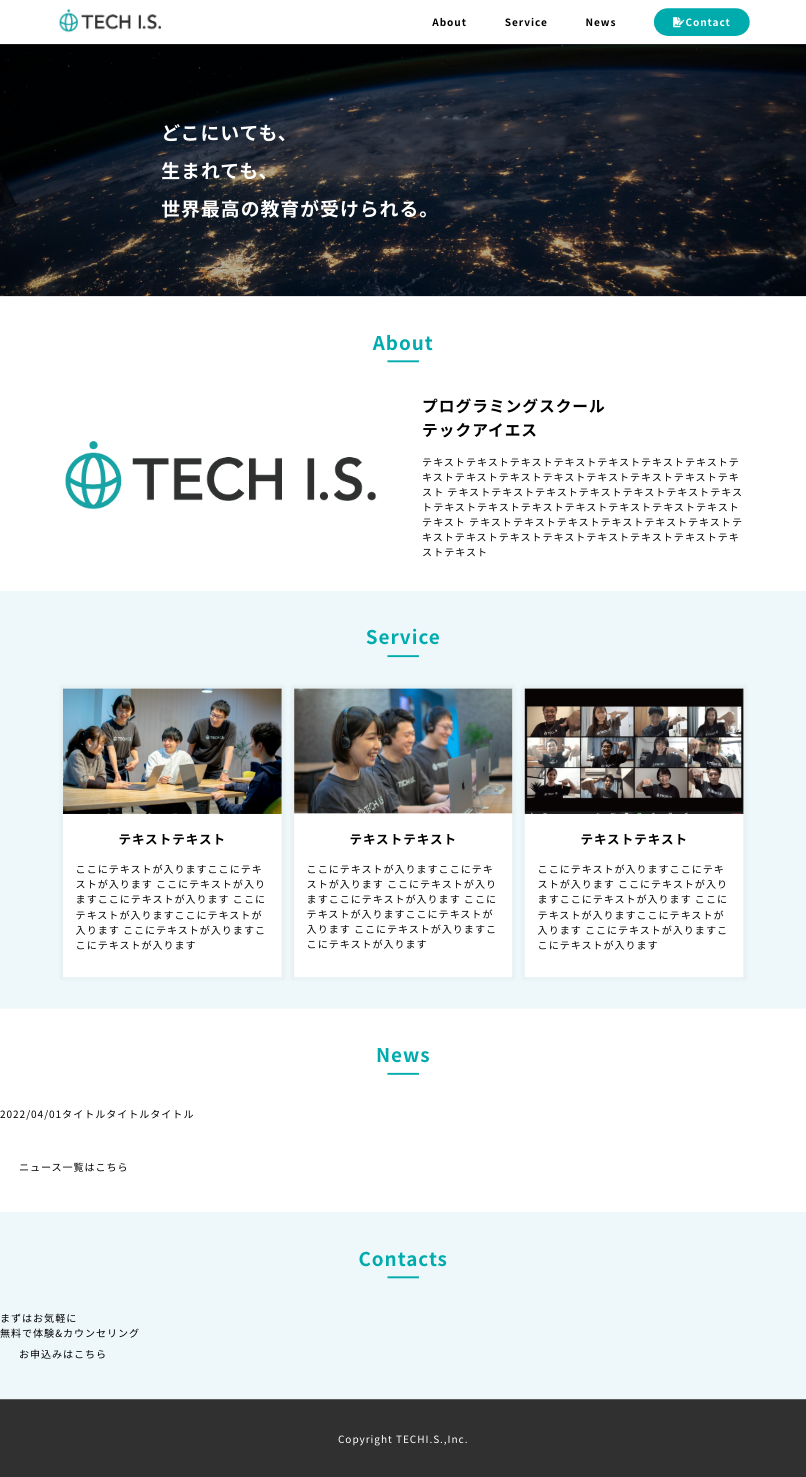
Repository: ryunoesta/lp-techis
Page: indx.html
These files come from the project's save history. The page is drawn as it stood at one moment and after the next save; the edit follows.
The browser window is 1280 px wide. The pictures show the whole page, at 63% of full size.

Above is the page before, as saved 2022-06-19 23:11:23.

### indx.html
<!DOCTYPE html>
<html lang="ja">
<head>
    <meta charset="UTF-8">
    <meta http-equiv="X-UA-Compatible" content="IE=edge">
    <meta name="viewport" content="width=device-width, initial-scale=1.0">
    <!-- reset css -->
    <link rel="stylesheet" href="./CSS/reset.css">
    <!-- style css -->
    <link rel="stylesheet" href="./CSS/style.css">
    <!-- fontawesome -->
    <link rel="stylesheet" href="https://use.fontawesome.com/releases/v5.15.1/css/all.css">
    <title>プログラミングスクール テックアイエス</title>
</head>
<body>
    <!-- header -->
    <header class="header">
        <h1 class="logo">
            <img src="./img/logo.png" alt="ロゴ画像">
        </h1>
        <ul class="menu-pc">
            <li><a href="#">About</a></li>
            <li><a href="#">Service</a></li>
            <li><a href="#">News</a></li>
            <!-- リンク先追加 -->
            <li><a href="contact"><i class="fas fa-file-signature"></i>Contact</a></li>
        </ul>
    </header>

    <!-- main -->
    <main>
        <!-- fv -->
        <section class="front-fv">
            <img src="./img/top1.png" alt="ファーストビュー">
            <h2>どこにいても、
                <br>
                生まれても、
                <br>
                世界最高の教育が受けられる。
            </h2>
        </section>

        <!-- about -->
        <section class="front-about">
            <h2 class="front-common__title">
                About
            </h2>
            <ul class="front-about__list">
                <li class="front-about__item"><img src="./img/logo.png" alt="ロゴ画像"></li>
                <li class="front-about__item">
                    <div class="front-about_txt">
                        <h3>
                            プログラミングスクール
                            <br>
                            テックアイエス
                        </h3>
                        <p>テキストテキストテキストテキストテキストテキストテキストテキストテキストテキストテキストテキストテキストテキストテキスト テキストテキストテキストテキストテキストテキストテキストテキストテキストテキストテキストテキストテキストテキストテキスト テキストテキストテキストテキストテキストテキストテキストテキストテキストテキストテキストテキストテキストテキストテキスト</p>
                    </div>
                </li>
            </ul>
        </section>

        <!-- service -->
        <section class="front-service">
            <div class="front-service__inner">
                <h2 class="front-common__title">
                    Service
                </h2>
                <ul class="front-service__list">
                    <li class="front-service__item">
                        <img src="./img/service1.png" alt="サービス１">
                        <h3>テキストテキスト</h3>
                        <p>
                            ここにテキストが入りますここにテキストが入ります ここにテキストが入りますここにテキストが入ります
                            ここにテキストが入りますここにテキストが入ります ここにテキストが入りますここにテキストが入ります
                        </p>
                    </li>
                    <li class="front-service__item">
                        <img src="./img/service2.png" alt="サービス２">
                        <h3>テキストテキスト</h3>
                        <p>
                            ここにテキストが入りますここにテキストが入ります ここにテキストが入りますここにテキストが入ります
                            ここにテキストが入りますここにテキストが入ります ここにテキストが入りますここにテキストが入ります
                        </p>
                    </li>
                    <li class="front-service__item">
                        <img src="./img/service3.png" alt="サービス３">
                        <h3>テキストテキスト</h3>
                        <p>
                            ここにテキストが入りますここにテキストが入ります ここにテキストが入りますここにテキストが入ります
                            ここにテキストが入りますここにテキストが入ります ここにテキストが入りますここにテキストが入ります
                        </p>
                    </li>
                </ul>
            </div>
        </section>

        <!-- news -->
        <section class="front-news">
            <h2 class="front-common__title">
                News
            </h2>
            <time datetime="2022/04/01"><span class="front-news__date">2022/04/01</span>タイトルタイトルタイトル</time>
            <div class="front-news__btn">ニュース一覧はこちら</div>
        </section>

        <!-- contact -->
        <section class="front-contact">
            <h2 class="front-common__title">
                Contacts
            </h2>
            <h3>
                まずはお気軽に
                <br>
                無料で体験&カウンセリング
            </h3>
            <div class="front-news__btn">お申込みはこちら</div>
        </section>
    </main>

    <!-- footer -->
    <footer class="footer">
        <!-- footerはブロックレベル要素  -->
        <p>
            <small>Copyright TECHI.S.,Inc.</small>
        </p>
    </footer>
</body>
</html>

### CSS/reset.css
*, *::before, *::after {
    box-sizing: border-box;
}
html, body, div, span, applet, object, iframe, h1, h2, h3, h4, h5, h6, p, blockquote, pre, a,
abbr, acronym, address, big, cite, code, del, dfn, em, font, ins, kbd, q, s, samp, small, strike,
strong, sub, sup, tt, var, dl, dt, dd, ol, ul, li, fieldset, form, label, legend, table,
caption, tbody, tfoot, thead, tr, th, td {
    border: 0;
    font-size: 100%;
    font-weight: inherit;
    margin: 0;
    outline: 0;
    padding: 0;
    vertical-align: baseline;
}
body {
    width: 100%;
    height: 100%;
    margin: 0 auto;
    letter-spacing: 1.5px;
    line-height: 1.5;
}
img {
    width: 100%;
    height: 100%;
    top: 0;
    left: 0;
    object-fit: cover;
}
a {
    color: black;
    text-decoration: none;
}
ol, ul {
    list-style: none;
}
table {
    border-collapse: separate;
    border-spacing: 0;
}

### CSS/style.css
/* フォントの設定 */
@import url('https://fonts.googleapis.com/css2?family=Noto+Sans+JP&display=swap');
html, body {
    font-size: 16px;
    font-family: 'Noto Sans JP', sans-serif;
}

/* header */
.header {
    display: flex;
    align-items: center;
    justify-content: space-between;
    max-width: 1100px;
    height: 70px;
    margin: auto;
}

.logo img {
    width: 170px;
    height: auto;
}

.menu-pc {
    display: flex;
    align-items: center;
}

.menu-pc li {
    margin: 0 30px;
}

.menu-pc a {
    font-weight: bold;
}

.menu-pc li:last-child {
    margin-right: 0;
}

.menu-pc li:last-child a {
    display: block;
    color: #fff;
    background: #00abae;
    padding: 10px 30px;
    border-radius: 50px;
}

/* footer */
.footer {
    padding: 50px;  /* paddingにautoはない */
    background: #303030;
}

.footer p {
    color: #fff;
    text-align: center;
}

/* fv */
.front-fv {
    position: relative;
    height: 400px;
}

.front-fv h2 {
    position: absolute;
    top: 50%;
    -webkit-transform: translateY(-50%);
    -moz-transform: translateY(-50%);
    -ms-transform: translateY(-50%);
    -o-transform: translateY(-50%);
    transform: translateY(-50%);
    left: 20%;
    color: #fff;
    font-size: 30px;
    font-weight: bold;
    line-height: 2;
}

/* common */
.front-common__title {
    position: relative;
    font-size: 30px;
    font-weight: bold;
    color: #00abae;
    text-align: center;
    margin-bottom: 50px;
    padding-bottom: 10px;
}

.front-common__title::before {
    position: absolute;
    bottom: 0;
    left: 50%;
    transform: translateX(-50%);
    content: "";
    border-bottom: 3px solid #00abae;
    width: 50px;
}

/* about */
.front-about {
    max-width: 1100px;
    margin: 50px auto;
}

.front-about__list {
    display: flex;
    align-items: center;
    justify-content:center;
}

.front-about__item {
    width: 50%;
}

.front-about__item h3 {
    font-size: 25px;
    font-weight: bold;
}

.front-about__item p {
    margin-top: 20px;
}

.front-about__item:first-child{
    margin-right: 30px;
}

.front-about__item:last-child{
    margin-left: 30px;
}

/* service */
.front-service {
    padding: 50px 0;
    background: #eef8fa;
}

.front-service__inner {
    max-width: 1100px;
    margin: auto;
}

.front-service__list {
    display: flex;
}

.front-service__item {
    width: 33.333%;
    margin: 0 10px;
    background: #fff;
    box-shadow: 0 0 5px 5px rgb(0 0 0 / 3%);
}

.front-service__item img {
    width: 100%;
    height: auto;
}

.front-service__item h3 {
    margin: 20px;
    font-size: 20px;
    text-align: center;
    font-weight: bold;
}

.front-service__item p {
    padding: 0 20px 40px;
}

/* news */
.front-news {
    padding: 50px 0;
}

.front-news time {
    display: block;
    margin: 50px auto;
}

.front-news__btn {
    padding: 10px 30px;
    border-color: 1px solid #303030;
    border-radius: 50px;
}




/* contact */
.front-contact {
    padding: 50px 0;
    background: #eef8fa;
}

.front-contact h2 {
    text-align: center;
}

After the next save:
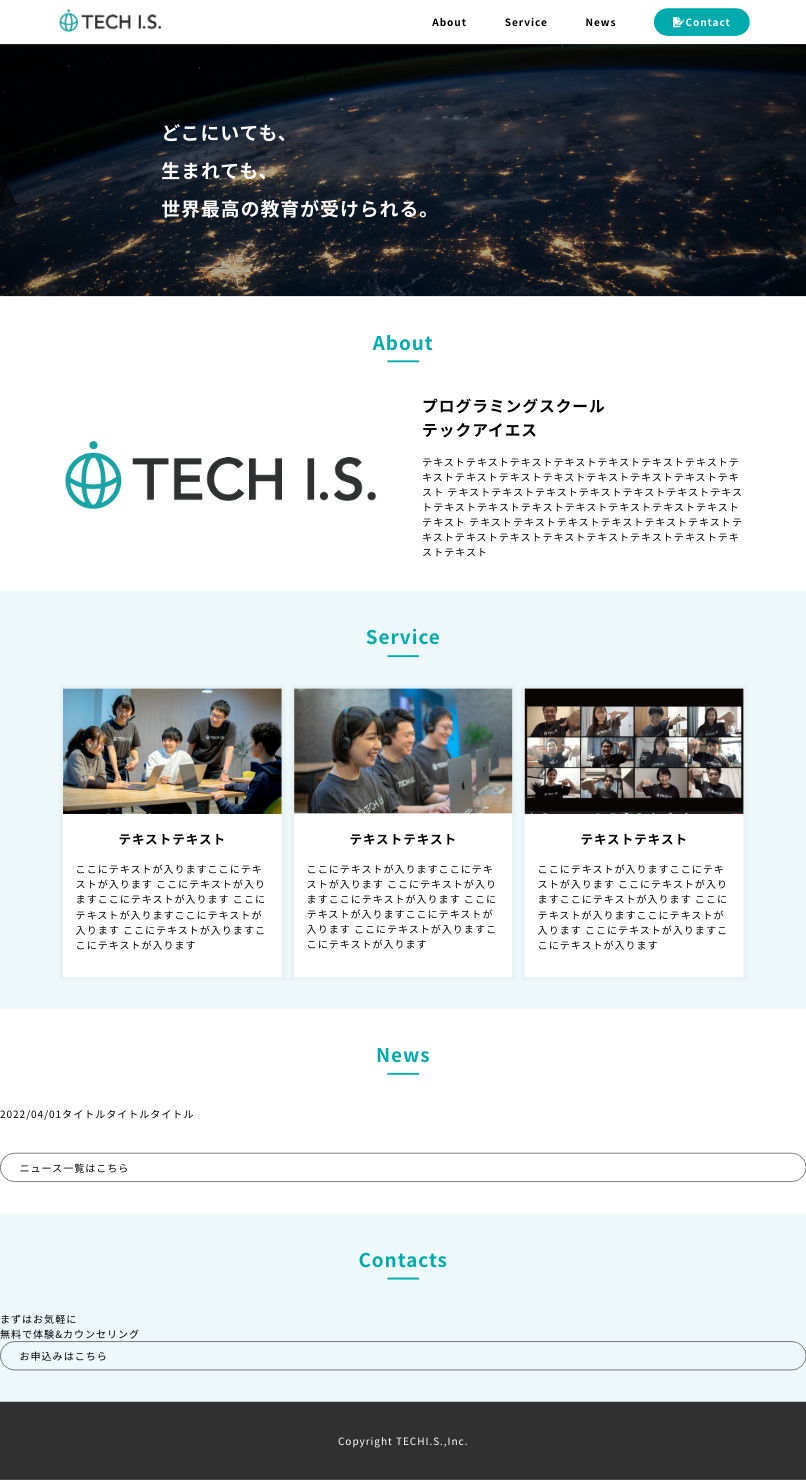
Saved 5 s later.
--- a/CSS/style.css
+++ b/CSS/style.css
@@ -181,7 +181,7 @@
 
 .front-news__btn {
     padding: 10px 30px;
-    border-color: 1px solid #303030;
+    border: 1px solid #303030;
     border-radius: 50px;
 }
 
